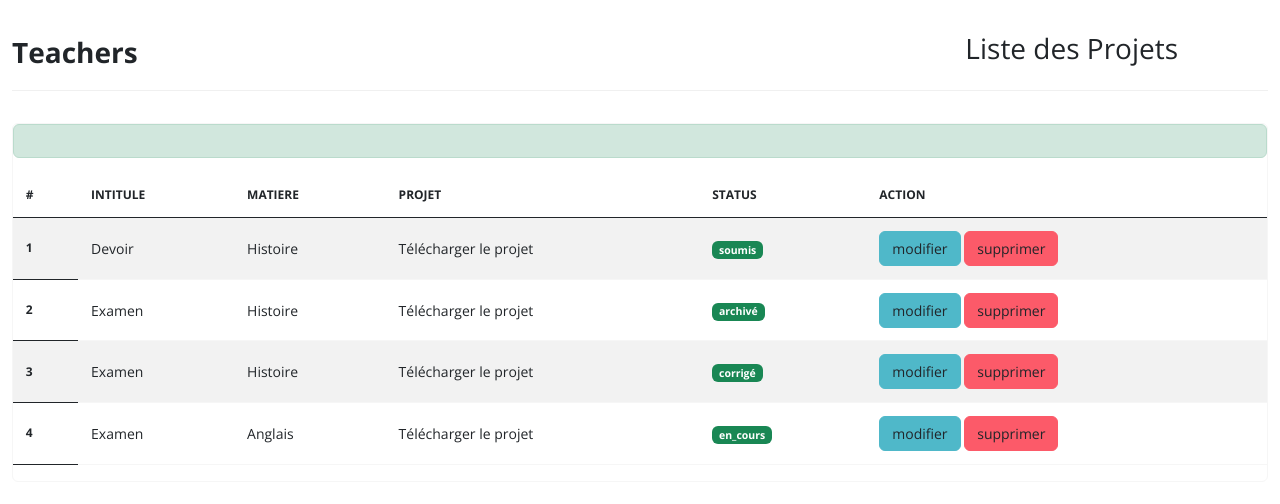
Repository: dimitri0004/Moodle
Page: http://localhost/enseignant/projet/
The author's editor kept a copy of each file at every save. The page is drawn from the files as they stood at one save, then again after the next save.
The browser window is 1280 px wide. The pictures show the whole page.
The page is served by the project's application, run on Django 4.2 (manage.py). The database holds what the project's SQL file puts in it.

Above is the page before, as saved 2023-08-19 03:38:28.
Console error: TypeError: Cannot set properties of null (setting 'innerHTML')

After the next save:
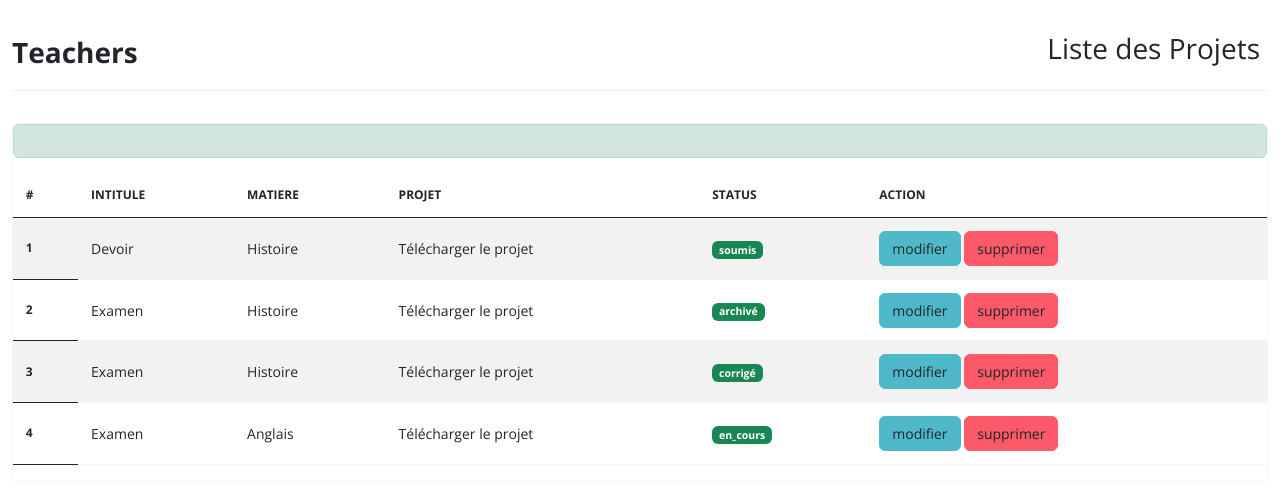
Saved 8 s later.
--- a/templates/Enseignant/Projet/index.html
+++ b/templates/Enseignant/Projet/index.html
@@ -11,16 +11,7 @@
                         <div class="dropdown px-2">
                             <H3>Liste des Projets</H3>
                         </div>
-                        <div class="dropdown">
-                            <button class="btn btn-primary dropdown-toggle" type="button" id="dropdownMenuButton2" data-bs-toggle="dropdown" aria-expanded="false">
-                                Status
-                            </button>
-                            <ul class="dropdown-menu  dropdown-menu-end" aria-labelledby="dropdownMenuButton1">
-                              <li><a class="dropdown-item" href="#">All</a></li>
-                              <li><a class="dropdown-item" href="#">online</a></li>
-                              <li><a class="dropdown-item" href="#">Popular</a></li>
-                            </ul>
-                        </div>
+
                     </div>
                 </div>
             </div>
